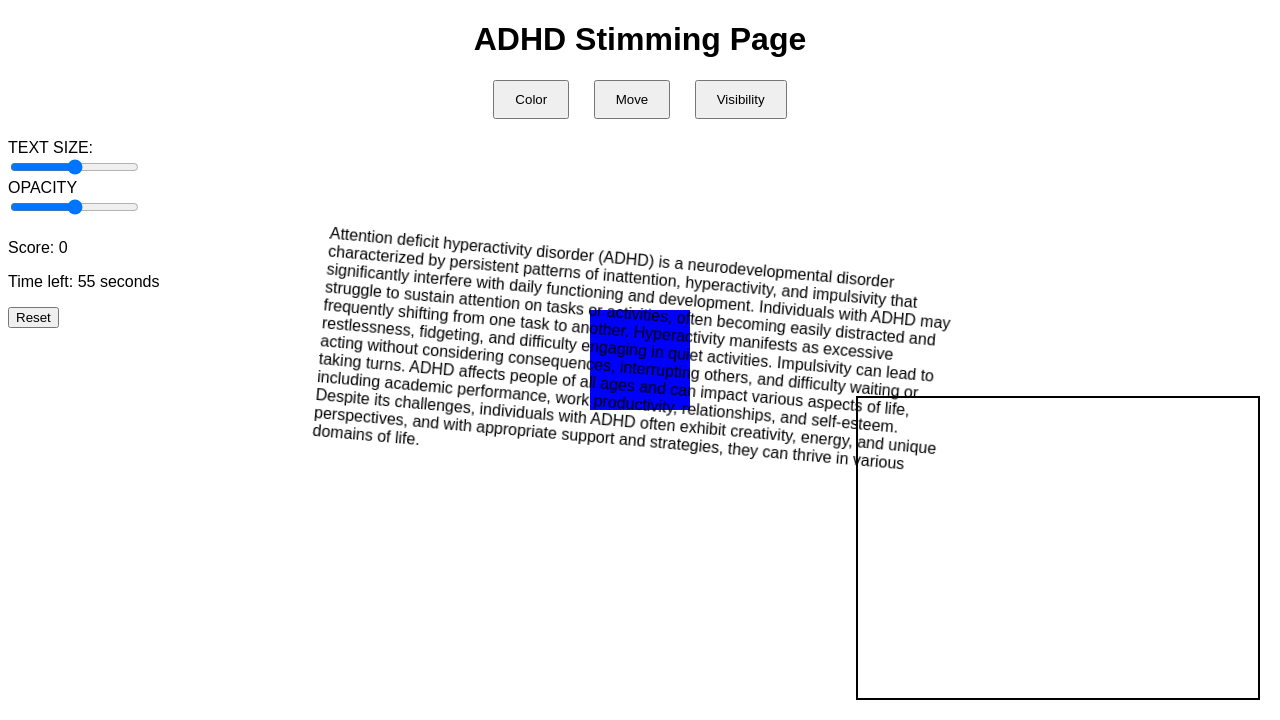
Repository: anderscederberg11/unhandledRuntimeError.json
Page: Henver/henver3.html
The author's editor kept a copy of each file at every save. The page is drawn from the files as they stood at one save, then again after the next save.
The browser window is 1280 px wide. The pictures show the whole page.

Above is the page before, as saved 2024-05-24 19:26:46.

### Henver/henver3.html
<!DOCTYPE html>
<html lang="en">
<head>
    <meta charset="UTF-8">
    <meta name="viewport" content="width=device-width, initial-scale=1.0">
    <title>HenverADHD</title>
    <link rel="stylesheet" href="henver3.css">
</head>
<body>
    <h1>ADHD Stimming Page</h1>

    <div class="buttons">
      <button onclick="changeColor()">Color</button>
      <button onclick="moveElement()">Move</button>
      <button onclick="toggleVisibility()">Visibility</button>
    </div>

    <div class="sliders">
      <label for="slider1">TEXT SIZE:</label>
      <input type="range" id="slider1" min="0" max="100" value="50" onchange="adjustFontSize(this.value)">
      <label for="slider2">OPACITY</label>
      <input type="range" id="slider2" min="0" max="100" value="50" onchange="adjustOpacity(this.value)">
    </div>

    <div id="movableElement" class="movable-element"></div>

    <div class="floating-paragraph">
        <p>Attention deficit hyperactivity disorder (ADHD) is a neurodevelopmental disorder characterized by persistent patterns of inattention, hyperactivity, and impulsivity that significantly interfere with daily functioning and development. Individuals with ADHD may struggle to sustain attention on tasks or activities, often becoming easily distracted and frequently shifting from one task to another. Hyperactivity manifests as excessive restlessness, fidgeting, and difficulty engaging in quiet activities. Impulsivity can lead to acting without considering consequences, interrupting others, and difficulty waiting or taking turns. ADHD affects people of all ages and can impact various aspects of life, including academic performance, work productivity, relationships, and self-esteem. Despite its challenges, individuals with ADHD often exhibit creativity, energy, and unique perspectives, and with appropriate support and strategies, they can thrive in various domains of life.</p>
      </div>

      <div class="game-container" onclick="whackMole()">
        <div class="mole" id="mole1"></div>
        <div class="mole" id="mole2"></div>
        <div class="mole" id="mole3"></div>
      </div>

      <p>Score: <span id="score">0</span></p>
      <p>Time left: <span id="timer">60</span> seconds</p>
      <button onclick="resetGame()">Reset</button>

<script>
       let score = 0;
    let timeLeft = 60;
    let timerInterval;

    function changeColor() {
      const colors = ["red", "green", "blue", "yellow", "purple", "orange"];
      const randomColor = colors[Math.floor(Math.random() * colors.length)];
      document.body.style.backgroundColor = randomColor;
    }

    function moveElement() {
      const element = document.getElementById("movableElement");
      const randomX = Math.random() * (window.innerWidth - element.offsetWidth);
      const randomY = Math.random() * (window.innerHeight - element.offsetHeight);
      element.style.left = randomX + "px";
      element.style.top = randomY + "px";
    }

    function toggleVisibility() {
      const element = document.getElementById("movableElement");
      element.style.display = element.style.display === "none" ? "block" : "none";
    }

    function adjustFontSize(value) {
      document.body.style.fontSize = value + "px";
    }

    function adjustOpacity(value) {
      document.getElementById("movableElement").style.opacity = value / 100;
    }

    function whackMole() {
      event.target.style.display = "none";
      score++;
      document.getElementById("score").innerText = score;
    }

    function showMole(mole) {
      mole.style.display = "block";
      const randomX = Math.random() * 350;
      const randomY = Math.random() * 250;
      mole.style.left = randomX + "px";
      mole.style.top = randomY + "px";
    }

    function startTimer() {
      timerInterval = setInterval(() => {
        timeLeft--;
        document.getElementById("timer").innerText = timeLeft;
        if (timeLeft === 0) {
          clearInterval(timerInterval);
          alert("Time's up!");
        }
      }, 1000);
    }

    function resetGame() {
      clearInterval(timerInterval);
      timeLeft = 60;
      score = 0;
      document.getElementById("score").innerText = score;
      document.getElementById("timer").innerText = timeLeft;
      const moles = document.querySelectorAll(".mole");
      moles.forEach((mole) => {
        mole.style.display = "none";
      });
      startTimer();
    }

    startTimer();
</script>
</body>
</html>

### Henver/henver3.css
body {
    font-family: Arial, sans-serif;
  }

  h1 {
    text-align: center;
  }

  .buttons {
    text-align: center;
    margin-bottom: 20px;
  }

  .buttons button {
    padding: 10px 20px;
    margin: 0 10px;
  }

  .sliders {
    margin-bottom: 20px;
  }

  .sliders label {
    display: block;
  }

  .movable-element {
    width: 100px;
    height: 100px;
    background-color: blue;
    position: absolute;
    top: 50%;
    left: 50%;
    transform: translate(-50%, -50%);
  }
  .floating-paragraph {
    position: fixed;
    top: 50%;
    left: 50%;
    transform: translate(-50%, -50%);
    animation: floatAndMove 10s infinite alternate;
  }

  .game-container {
    position: fixed;
    bottom: 20px;
    right: 20px;
    width: 400px;
    height: 300px;
    border: 2px solid black;
    overflow: hidden;
}

.mole {
    position: absolute;
    width: 50px;
    height: 50px;
    background-color: brown;
    border-radius: 50%;
    cursor: pointer;
    display: none;
}
  @keyframes floatAndMove {
    0% {
      transform: translate(-50%, -50%) rotate(0deg);
    }
    50% {
      transform: translate(-50%, -50%) rotate(5deg);
    }
    100% {
      transform: translate(-50%, -50%) rotate(0deg);
    }
  }

After the next save:
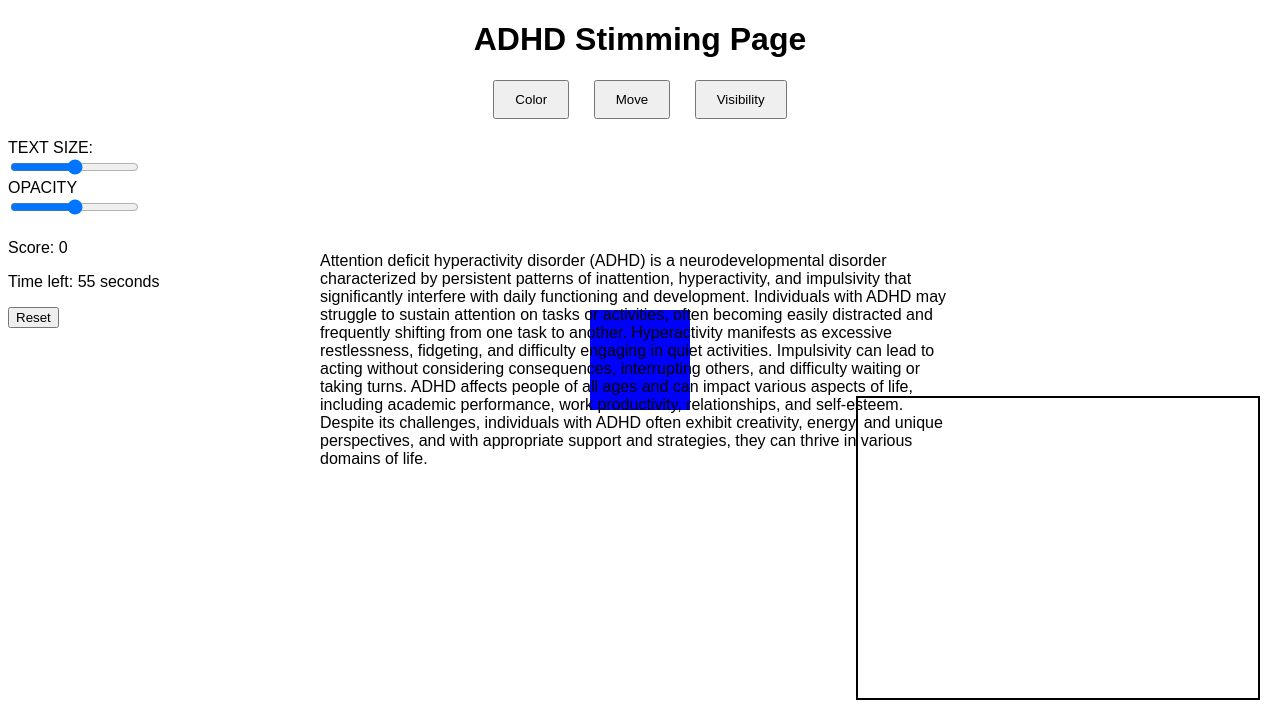
Saved 56 s later.
--- a/Henver/henver3.css
+++ b/Henver/henver3.css
@@ -59,6 +59,7 @@
     border-radius: 50%;
     cursor: pointer;
     display: none;
+} display: none;
 }
   @keyframes floatAndMove {
     0% {

After the save that followed:
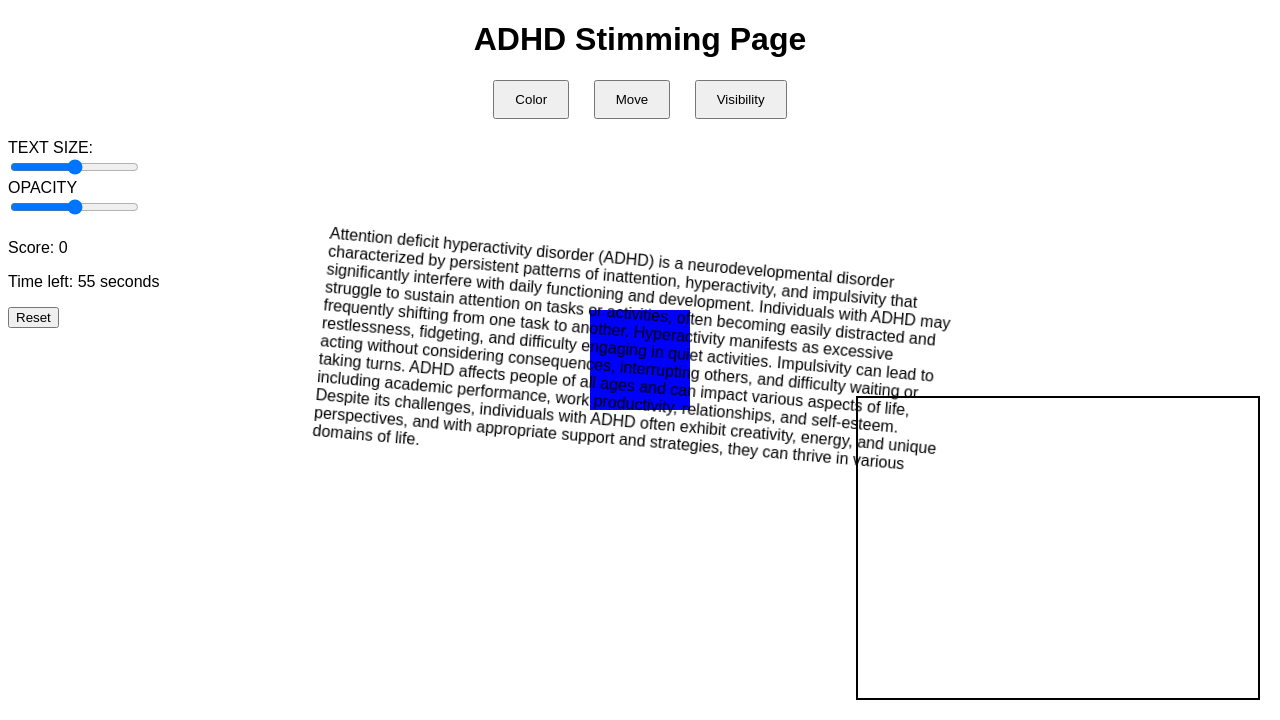
Saved 5 s later.
--- a/Henver/henver3.css
+++ b/Henver/henver3.css
@@ -59,7 +59,6 @@
     border-radius: 50%;
     cursor: pointer;
     display: none;
-} display: none;
 }
   @keyframes floatAndMove {
     0% {
